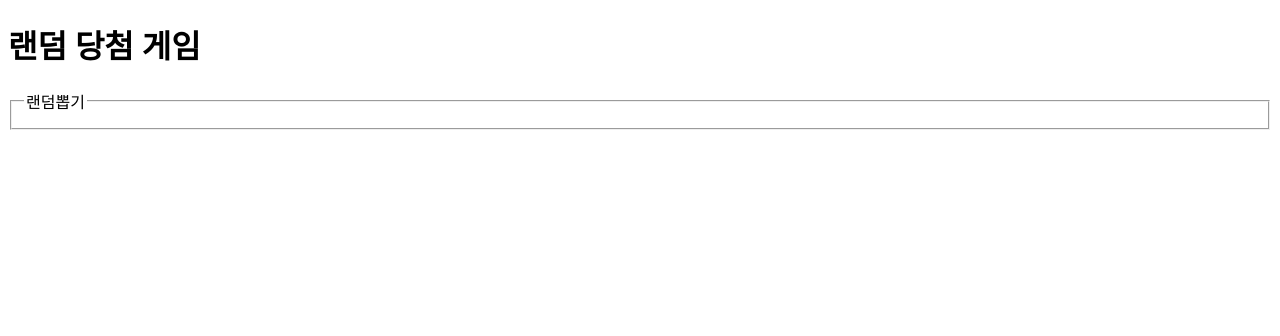
Repository: songhak1226/Web_Server
Page: http://localhost/Ex04Object/Ex02createInput.jsp
The author's editor kept a copy of each file at every save. The page is drawn from the files as they stood at one save, then again after the next save.
The browser window is 1280 px wide. The pictures show the whole page.
The page is served by Tomcat 9.

Above is the page before, as saved 2023-05-16 08:13:22.

After the next save:
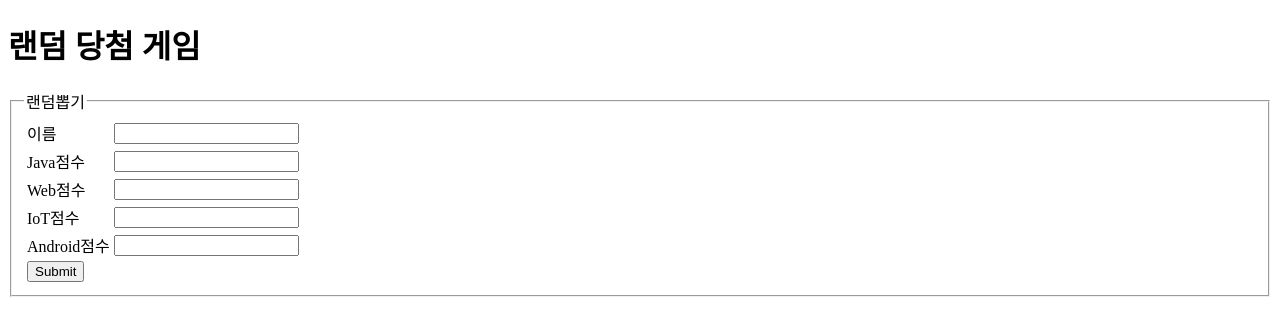
Saved 28 s later.
--- a/Ex04Object/src/main/webapp/Ex02createInput.jsp
+++ b/Ex04Object/src/main/webapp/Ex02createInput.jsp
@@ -1,5 +1,5 @@
 <%@ page language="java" contentType="text/html; charset=UTF-8"
-    pageEncoding="UTF-8"%>
+	pageEncoding="UTF-8"%>
 <!DOCTYPE html>
 <html>
 <head>
@@ -7,9 +7,34 @@
 <title>Insert title here</title>
 </head>
 <body>
-<h1>랜덤 당첨 게임</h1>
-<fieldset>
-<legend>랜덤뽑기</legend>
-</fieldset>
+	<h1>랜덤 당첨 게임</h1>
+	<fieldset>
+		<legend>랜덤뽑기</legend>
+		<table>
+			<tr>
+				<td>이름</td>
+				<td><input type="text" name="name"></td>
+			</tr>
+			<tr>
+				<td>Java점수</td>
+				<td><input type="text" name="Java"></td>
+			</tr>
+			<tr>
+				<td>Web점수</td>
+				<td><input type="text" name="Web"></td>
+			</tr>
+			<tr>
+				<td>IoT점수</td>
+				<td><input type="text" name="iot"></td>
+			</tr>
+			<tr>
+				<td>Android점수</td>
+				<td><input type="text" name="and"></td>
+			</tr>
+			<tr>
+				<td><input type="submit" name="학점확인"></td>
+			</tr>
+		</table>
+	</fieldset>
 </body>
 </html>
